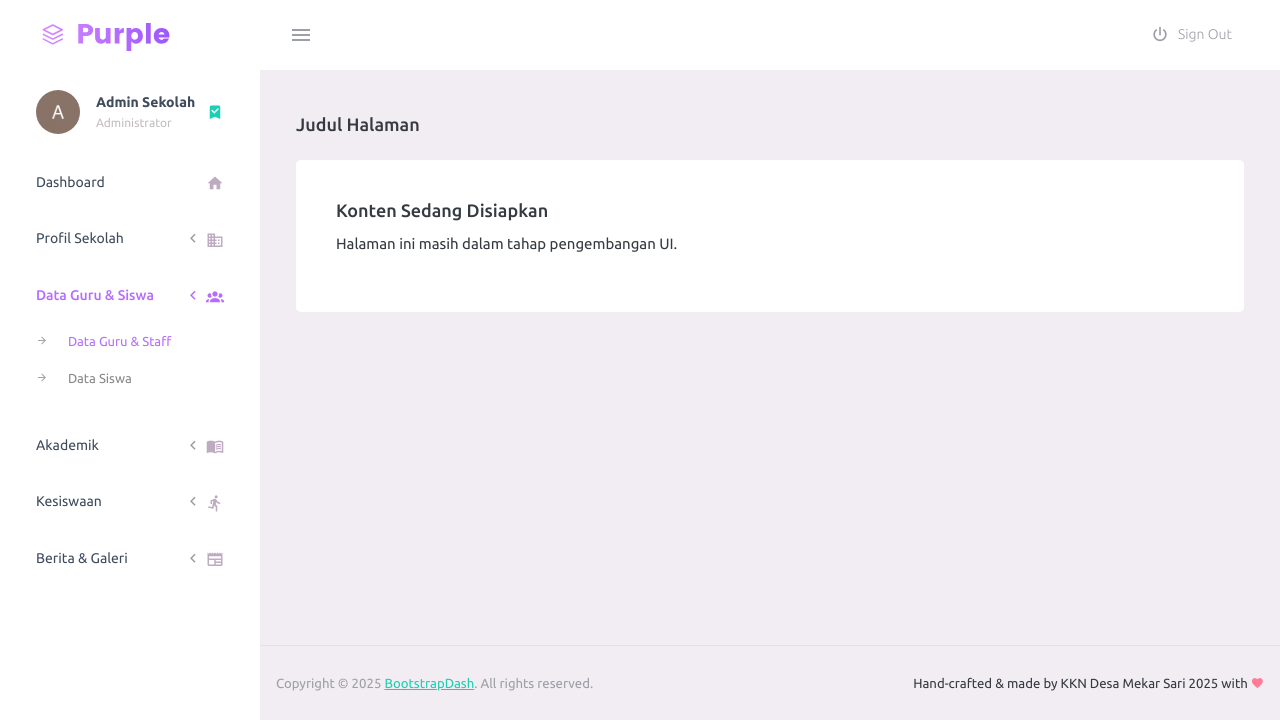
Repository: MKennyChaniago/sekolah-mi-nurul-iman
Page: http://localhost/admin/guru
The author's editor kept a copy of each file at every save. The page is drawn from the files as they stood at one save, then again after the next save.
The browser window is 1280 px wide. The pictures show the whole page.
The page is served by the project's Laravel application, run on PHP 8.4 with Laravel 12. Other server files are loaded and not shown.

Above is the page before, as saved 2025-11-25 10:12:32.
Console error: TypeError: Cannot read properties of null (reading 'classList')

### routes/web.php
<?php

use Illuminate\Support\Facades\Route;
use App\Http\Controllers\HomeController;
// Anda mungkin akan membuat Controller baru, contohnya:
// use App\Http\Controllers\ProfileController;

// --- A. ROUTE FRONTEND (MI NURUL IMAN) ---

// 1. HOME
Route::get('/', [HomeController::class, 'index'])->name('home');

// 2. PROFIL (Menggunakan grup untuk submenu)
Route::prefix('profil')->group(function () {
    Route::get('/sejarah', function () { return view('profil.sejarah'); })->name('profil.sejarah');
    Route::get('/visi-misi', function () { return view('profil.visi_misi'); })->name('profil.visi_misi');
    Route::get('/struktur-organisasi', function () { return view('profil.struktur'); })->name('profil.struktur');
});

// 3. KESISWAAN
Route::get('/kesiswaan', function () { return view('kesiswaan.index'); })->name('kesiswaan');

// 4. BERITA & ARTIKEL
// Listing Berita Utama
Route::get('/berita', function () { return view('berita.listing'); })->name('berita.listing');
// Detail Berita dengan parameter dinamis (slug)
Route::get('/berita/{slug}', function ($slug) { return view('berita.detail', compact('slug')); })->name('berita.detail');

// 5. AKADEMIK
Route::prefix('akademik')->group(function () {
    Route::get('/kurikulum', function () { return view('akademik.kurikulum'); })->name('akademik.kurikulum');
    Route::get('/guru-staff', function () { return view('akademik.guru_staff'); })->name('akademik.guru_staff');
    Route::get('/produk-hukum', function () { return view('akademik.produk_hukum'); })->name('akademik.produk_hukum');
});

// 6. Galeri
Route::get('/galeri', function () { return view('galeri.index'); })->name('galeri');

// 7. KONTAK MANDIRI (Formulir Kontak)
Route::get('/kontak', function () { return view('kontak'); })->name('kontak');


// --- B. ROUTE BACKEND (ADMIN) ---

// 1. Route Login
Route::get('/admin/login', function () {
    return view('admin.login');
})->name('admin.login');

// 2. Route Register
Route::get('/admin/register', function () {
    return view('admin.register');
})->name('admin.register');

// 3. Route Dashboard (INI TUJUANNYA)
Route::get('/admin/dashboard', function () {
    return view('admin.dashboard');
})->name('admin.dashboard');

// ... (Route Login, Register, Dashboard sebelumnya) ...

// --- GROUP: PROFIL SEKOLAH ---
Route::get('/admin/sejarah', function () {
    return view('admin.profil.sejarah'); // Perlu buat file
})->name('admin.sejarah');

Route::get('/admin/visi-misi', function () {
    return view('admin.profil.visimisi'); // Perlu buat file
})->name('admin.visimisi');

Route::get('/admin/struktur', function () {
    return view('admin.profil.struktur'); // Perlu buat file
})->name('admin.struktur');


// --- GROUP: DATA MASTER ---
Route::get('/admin/guru', function () {
    return view('admin.guru.index');
})->name('admin.guru.index');

Route::get('/admin/siswa', function () {
    return view('admin.siswa.index');
})->name('admin.siswa.index');


// --- GROUP: AKADEMIK ---
Route::get('/admin/kurikulum', function () {
    return view('admin.akademik.kurikulum'); // Perlu buat file
})->name('admin.kurikulum.index');

Route::get('/admin/produk-hukum', function () {
    return view('admin.akademik.produkhukum'); // Perlu buat file
})->name('admin.produk_hukum.index');


// --- GROUP: KESISWAAN ---
Route::get('/admin/ekstrakurikuler', function () {
    return view('admin.kesiswaan.ekskul'); // Perlu buat file
})->name('admin.ekstrakurikuler.index');

Route::get('/admin/program-unggulan', function () {
    return view('admin.kesiswaan.program'); // Perlu buat file
})->name('admin.prestasi.index');


// --- GROUP: PUBLIKASI ---
Route::get('/admin/berita', function () {
    return view('admin.berita.index');
})->name('admin.berita.index');

Route::get('/admin/galeri', function () {
    return view('admin.galeri.index');
})->name('admin.galeri.index');

### resources/views/admin/guru/index.blade.php
@extends('layouts.admin')

@section('content')
<div class="page-header">
    <h3 class="page-title"> Judul Halaman </h3>
</div>
<div class="row">
    <div class="col-12 grid-margin stretch-card">
        <div class="card">
            <div class="card-body">
                <h4 class="card-title">Konten Sedang Disiapkan</h4>
                <p>Halaman ini masih dalam tahap pengembangan UI.</p>
            </div>
        </div>
    </div>
</div>
@endsection

### resources/views/layouts/admin.blade.php
<!DOCTYPE html>
<html lang="id">
  <head>
    <meta charset="utf-8">
    <meta name="viewport" content="width=device-width, initial-scale=1, shrink-to-fit=no">
    <title>Admin - MI Nurul Iman</title>

    <link rel="stylesheet" href="{{ asset('admin/vendors/mdi/css/materialdesignicons.min.css') }}">
    <link rel="stylesheet" href="{{ asset('admin/vendors/ti-icons/css/themify-icons.css') }}">
    <link rel="stylesheet" href="{{ asset('admin/vendors/css/vendor.bundle.base.css') }}">
    <link rel="stylesheet" href="{{ asset('admin/css/style.css') }}">
    <link rel="shortcut icon" href="{{ asset('admin/images/favicon.png') }}" />
  </head>
  <body>

    <div class="container-scroller">

      @include('admin.partials.navbar')

      <div class="container-fluid page-body-wrapper">

        @include('admin.partials.sidebar')

        <div class="main-panel">
          <div class="content-wrapper">

            @yield('content')

          </div>

          @include('admin.partials.footer')

        </div>
      </div>
    </div>

    <script src="{{ asset('admin/vendors/js/vendor.bundle.base.js') }}"></script>
    <script src="{{ asset('admin/vendors/chart.js/chart.umd.js') }}"></script>
    <script src="{{ asset('admin/js/off-canvas.js') }}"></script>
    <script src="{{ asset('admin/js/misc.js') }}"></script>
    <script src="{{ asset('admin/js/settings.js') }}"></script>
    <script src="{{ asset('admin/js/todolist.js') }}"></script>
    <script src="{{ asset('admin/js/jquery.cookie.js') }}"></script>
    <script src="{{ asset('admin/js/dashboard.js') }}"></script>
  </body>
</html>

### resources/views/admin/partials/navbar.blade.php
<style>
  /* Animasi untuk tombol Logout */
  .logout-link {
    transition: all 0.3s ease-in-out; /* Gerakan halus */
    display: flex;
    align-items: center;
  }

  /* Efek saat Mouse diarahkan (Hover) */
  .logout-link:hover {
    transform: scale(1.1); /* Membesar sedikit (10%) */
    color: #dc3545 !important; /* Berubah warna jadi Merah */
  }

  .logout-link:hover i {
    color: #dc3545 !important; /* Icon juga jadi merah */
  }
</style>

<nav class="navbar default-layout-navbar col-lg-12 col-12 p-0 fixed-top d-flex flex-row">
  <div class="text-center navbar-brand-wrapper d-flex align-items-center justify-content-start">
    <a class="navbar-brand brand-logo" href="{{ route('admin.dashboard') }}"><img src="{{ asset('admin/images/logo.svg') }}" alt="logo" /></a>
    <a class="navbar-brand brand-logo-mini" href="{{ route('admin.dashboard') }}"><img src="{{ asset('admin/images/logo-mini.svg') }}" alt="logo" /></a>
  </div>

  <div class="navbar-menu-wrapper d-flex align-items-stretch">
    <button class="navbar-toggler navbar-toggler align-self-center" type="button" data-toggle="minimize">
      <span class="mdi mdi-menu"></span>
    </button>

    <ul class="navbar-nav navbar-nav-right">

      <li class="nav-item nav-logout">
        <a class="nav-link logout-link" href="{{ route('admin.login') }}" title="Keluar Aplikasi">
          <i class="mdi mdi-power"></i>

          <span class="d-none d-lg-inline ms-2">Sign Out</span>
        </a>
      </li>

    </ul>

    <button class="navbar-toggler navbar-toggler-right d-lg-none align-self-center" type="button" data-toggle="offcanvas">
      <span class="mdi mdi-menu"></span>
    </button>
  </div>
</nav>

### resources/views/admin/partials/sidebar.blade.php
<nav class="sidebar sidebar-offcanvas" id="sidebar">
  <ul class="nav">

    <li class="nav-item nav-profile">
      <a href="#" class="nav-link">
        <div class="nav-profile-image">
          <img src="{{ asset('admin/images/faces/face1.jpg') }}" alt="profile" />
          <span class="login-status online"></span>
        </div>
        <div class="nav-profile-text d-flex flex-column">
          <span class="font-weight-bold mb-2">Admin Sekolah</span>
          <span class="text-secondary text-small">Administrator</span>
        </div>
        <i class="mdi mdi-bookmark-check text-success nav-profile-badge"></i>
      </a>
    </li>

    <li class="nav-item">
      <a class="nav-link" href="{{ route('admin.dashboard') }}">
        <span class="menu-title">Dashboard</span>
        <i class="mdi mdi-home menu-icon"></i>
      </a>
    </li>

    <li class="nav-item">
      <a class="nav-link" data-bs-toggle="collapse" href="#profil-sekolah" aria-expanded="false" aria-controls="profil-sekolah">
        <span class="menu-title">Profil Sekolah</span>
        <i class="menu-arrow"></i>
        <i class="mdi mdi-domain menu-icon"></i>
      </a>
      <div class="collapse" id="profil-sekolah">
        <ul class="nav flex-column sub-menu">
          <li class="nav-item"> <a class="nav-link" href="{{ route('admin.sejarah') }}">Sejarah Madrasah</a></li>
          <li class="nav-item"> <a class="nav-link" href="{{ route('admin.visimisi') }}">Visi & Misi</a></li>
          <li class="nav-item"> <a class="nav-link" href="{{ route('admin.struktur') }}">Struktur Organisasi</a></li>
        </ul>
      </div>
    </li>

    <li class="nav-item">
      <a class="nav-link" data-bs-toggle="collapse" href="#data-master" aria-expanded="false" aria-controls="data-master">
        <span class="menu-title">Data Guru & Siswa</span>
        <i class="menu-arrow"></i>
        <i class="mdi mdi-account-group menu-icon"></i>
      </a>
      <div class="collapse" id="data-master">
        <ul class="nav flex-column sub-menu">
          <li class="nav-item"> <a class="nav-link" href="{{ route('admin.guru.index') }}">Data Guru & Staff</a></li>
          <li class="nav-item"> <a class="nav-link" href="{{ route('admin.siswa.index') }}">Data Siswa</a></li>
        </ul>
      </div>
    </li>

    <li class="nav-item">
      <a class="nav-link" data-bs-toggle="collapse" href="#akademik" aria-expanded="false" aria-controls="akademik">
        <span class="menu-title">Akademik</span>
        <i class="menu-arrow"></i>
        <i class="mdi mdi-book-open-variant menu-icon"></i>
      </a>
      <div class="collapse" id="akademik">
        <ul class="nav flex-column sub-menu">
          <li class="nav-item"> <a class="nav-link" href="{{ route('admin.kurikulum.index') }}">Kurikulum</a></li>
          <li class="nav-item"> <a class="nav-link" href="{{ route('admin.produk_hukum.index') }}">Produk Hukum (SK)</a></li>
        </ul>
      </div>
    </li>

    <li class="nav-item">
      <a class="nav-link" data-bs-toggle="collapse" href="#kesiswaan" aria-expanded="false" aria-controls="kesiswaan">
        <span class="menu-title">Kesiswaan</span>
        <i class="menu-arrow"></i>
        <i class="mdi mdi-run menu-icon"></i>
      </a>
      <div class="collapse" id="kesiswaan">
        <ul class="nav flex-column sub-menu">
          <li class="nav-item"> <a class="nav-link" href="{{ route('admin.ekstrakurikuler.index') }}">Ekstrakurikuler</a></li>
          <li class="nav-item"> <a class="nav-link" href="{{ route('admin.prestasi.index') }}">Program Unggulan</a></li>
        </ul>
      </div>
    </li>

    <li class="nav-item">
      <a class="nav-link" data-bs-toggle="collapse" href="#publikasi" aria-expanded="false" aria-controls="publikasi">
        <span class="menu-title">Berita & Galeri</span>
        <i class="menu-arrow"></i>
        <i class="mdi mdi-newspaper menu-icon"></i>
      </a>
      <div class="collapse" id="publikasi">
        <ul class="nav flex-column sub-menu">
          <li class="nav-item"> <a class="nav-link" href="{{ route('admin.berita.index') }}">Berita & Artikel</a></li>
          <li class="nav-item"> <a class="nav-link" href="{{ route('admin.galeri.index') }}">Galeri Foto</a></li>
        </ul>
      </div>
    </li>

  </ul>
</nav>

### resources/views/admin/partials/footer.blade.php
<footer class="footer">
  <div class="d-sm-flex justify-content-center justify-content-sm-between">
    <span class="text-muted text-center text-sm-left d-block d-sm-inline-block">Copyright © 2025 <a href="https://www.bootstrapdash.com/" target="_blank">BootstrapDash</a>. All rights reserved.</span>
    <span class="float-none float-sm-right d-block mt-1 mt-sm-0 text-center">Hand-crafted & made by KKN Desa Mekar Sari 2025 with <i class="mdi mdi-heart text-danger"></i></span>
  </div>
</footer>

### public/admin/js/settings.js
(function($) {
  'use strict';
  $(function() {
    $(".nav-settings").click(function() {
      $("#right-sidebar").toggleClass("open");
    });
    $(".settings-close").click(function() {
      $("#right-sidebar,#theme-settings,#layout-settings").removeClass("open");
    });

    $("#settings-trigger").on("click", function() {
      $("#theme-settings").toggleClass("open");
    });

    //check all boxes in order status
    $("#check-all").click(function () {
      $(".checkbox").prop('checked', $(this).prop('checked'));
    });

    //background constants
    var navbar_classes = "navbar-danger navbar-success navbar-warning navbar-dark navbar-light navbar-primary navbar-info navbar-pink";
    var sidebar_classes = "sidebar-light sidebar-dark";
    var $body = $("body");

    //sidebar backgrounds
    $("#sidebar-default-theme").on("click", function() {
      $body.removeClass(sidebar_classes);
      $(".sidebar-bg-options").removeClass("selected");
      $(this).addClass("selected");
    });
    $("#sidebar-dark-theme").on("click", function() {
      $body.removeClass(sidebar_classes);
      $body.addClass("sidebar-dark");
      $(".sidebar-bg-options").removeClass("selected");
      $(this).addClass("selected");
    });
    $("#sidebar-light-theme").on("click", function() {
      $body.removeClass(sidebar_classes);
      $body.addClass("sidebar-light");
      $(".sidebar-bg-options").removeClass("selected");
      $(this).addClass("selected");
    });


    //Navbar Backgrounds
    $(".tiles.primary").on("click", function() {
      $(".navbar").removeClass(navbar_classes);
      $(".navbar").addClass("navbar-primary");
      $(".tiles").removeClass("selected");
      $(this).addClass("selected");
    });
    $(".tiles.success").on("click", function() {
      $(".navbar").removeClass(navbar_classes);
      $(".navbar").addClass("navbar-success");
      $(".tiles").removeClass("selected");
      $(this).addClass("selected");
    });
    $(".tiles.warning").on("click", function() {
      $(".navbar").removeClass(navbar_classes);
      $(".navbar").addClass("navbar-warning");
      $(".tiles").removeClass("selected");
      $(this).addClass("selected");
    });
    $(".tiles.danger").on("click", function() {
      $(".navbar").removeClass(navbar_classes);
      $(".navbar").addClass("navbar-danger");
      $(".tiles").removeClass("selected");
      $(this).addClass("selected");
    });
    $(".tiles.info").on("click", function() {
      $(".navbar").removeClass(navbar_classes);
      $(".navbar").addClass("navbar-info");
      $(".tiles").removeClass("selected");
      $(this).addClass("selected");
    });
    $(".tiles.dark").on("click", function() {
      $(".navbar").removeClass(navbar_classes);
      $(".navbar").addClass("navbar-dark");
      $(".tiles").removeClass("selected");
      $(this).addClass("selected");
    });
    $(".tiles.default").on("click", function() {
      $(".navbar").removeClass(navbar_classes);
      $(".tiles").removeClass("selected");
      $(this).addClass("selected");
    });

    //Horizontal menu in mobile
    $('[data-toggle="horizontal-menu-toggle"]').on("click", function() {
      $(".horizontal-menu .bottom-navbar").toggleClass("header-toggled");
    });
    // Horizontal menu navigation in mobile menu on click
    var navItemClicked = $('.horizontal-menu .page-navigation >.nav-item');
    navItemClicked.on("click", function(event) {
      if(window.matchMedia('(max-width: 991px)').matches) {
        if(!($(this).hasClass('show-submenu'))) {
          navItemClicked.removeClass('show-submenu');
        }
        $(this).toggleClass('show-submenu');
      }
    });

    $(window).scroll(function() {
      if(window.matchMedia('(min-width: 992px)').matches) {
        var header = $('.horizontal-menu');
        if ($(window).scrollTop() >= 71) {
          $(header).addClass('fixed-on-scroll');
        } else {
          $(header).removeClass('fixed-on-scroll');
        }
      }
    });

    $("#layout-toggler").on("click", function () {
      $("#layout-settings").addClass("open");
    });
    $("#chat-toggler").on("click", function () {
      $("#right-sidebar").addClass("open");
    });

  });
})(jQuery);

### public/admin/js/todolist.js
(function($) {
  'use strict';
  $(function() {
    var todoListItem = $('.todo-list');
    var todoListInput = $('.todo-list-input');
    $('.todo-list-add-btn').on("click", function(event) {
      event.preventDefault();

      var item = $(this).prevAll('.todo-list-input').val();

      if (item) {
        todoListItem.append("<li><div class='form-check'><label class='form-check-label'><input class='checkbox' type='checkbox'/>" + item + "<i class='input-helper'></i></label></div><i class='remove mdi mdi-close-circle-outline'></i></li>");
        todoListInput.val("");
      }

    });

    todoListItem.on('change', '.checkbox', function() {
      if ($(this).attr('checked')) {
        $(this).removeAttr('checked');
      } else {
        $(this).attr('checked', 'checked');
      }

      $(this).closest("li").toggleClass('completed');

    });

    todoListItem.on('click', '.remove', function() {
      $(this).parent().remove();
    });

  });
})(jQuery);

Loaded but not shown: public/admin/vendors/mdi/css/materialdesignicons.min.css (library); public/admin/vendors/ti-icons/css/themify-icons.css (library); public/admin/vendors/css/vendor.bundle.base.css (common file); public/admin/css/style.css (library); public/admin/vendors/js/vendor.bundle.base.js (library); public/admin/vendors/chart.js/chart.umd.js (library); public/admin/js/off-canvas.js (common file); public/admin/js/jquery.cookie.js (library); public/admin/images/logo.svg (90 lines, source omitted); public/admin/images/logo-mini.svg (41 lines, source omitted); public/admin/js/dashboard.js (250 lines, source omitted); public/admin/js/misc.js (122 lines, source omitted)

After the next save:
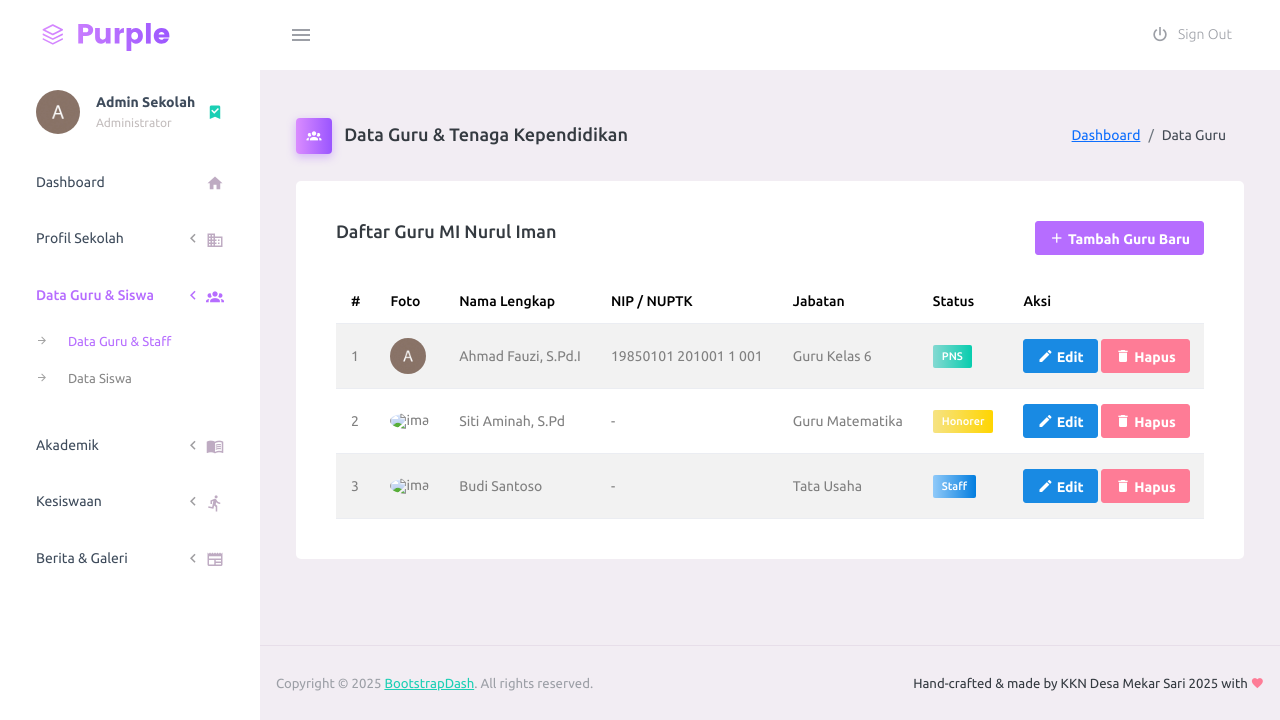
Saved 14 s later.
--- a/resources/views/admin/guru/index.blade.php
+++ b/resources/views/admin/guru/index.blade.php
@@ -1,17 +1,108 @@
 @extends('layouts.admin')
 
+@section('title', 'Data Guru & Staff')
+
 @section('content')
-<div class="page-header">
-    <h3 class="page-title"> Judul Halaman </h3>
-</div>
-<div class="row">
-    <div class="col-12 grid-margin stretch-card">
-        <div class="card">
-            <div class="card-body">
-                <h4 class="card-title">Konten Sedang Disiapkan</h4>
-                <p>Halaman ini masih dalam tahap pengembangan UI.</p>
+    <div class="page-header">
+        <h3 class="page-title">
+            <span class="page-title-icon bg-gradient-primary text-white me-2">
+                <i class="mdi mdi-account-group"></i>
+            </span> Data Guru & Tenaga Kependidikan
+        </h3>
+        <nav aria-label="breadcrumb">
+            <ul class="breadcrumb">
+                <li class="breadcrumb-item"><a href="{{ route('admin.dashboard') }}">Dashboard</a></li>
+                <li class="breadcrumb-item active" aria-current="page">Data Guru</li>
+            </ul>
+        </nav>
+    </div>
+
+    <div class="row">
+        <div class="col-lg-12 grid-margin stretch-card">
+            <div class="card">
+                <div class="card-body">
+                    <div class="d-flex justify-content-between align-items-center mb-4">
+                        <h4 class="card-title">Daftar Guru MI Nurul Iman</h4>
+                        <a href="#" class="btn btn-primary btn-sm">
+                            <i class="mdi mdi-plus"></i> Tambah Guru Baru
+                        </a>
+                    </div>
+
+                    <div class="table-responsive">
+                        <table class="table table-hover table-striped">
+                            <thead>
+                                <tr>
+                                    <th>#</th>
+                                    <th>Foto</th>
+                                    <th>Nama Lengkap</th>
+                                    <th>NIP / NUPTK</th>
+                                    <th>Jabatan</th>
+                                    <th>Status</th>
+                                    <th>Aksi</th>
+                                </tr>
+                            </thead>
+                            <tbody>
+                                <tr>
+                                    <td>1</td>
+                                    <td class="py-1">
+                                        <img src="{{ asset('admin/images/faces/face1.jpg') }}" alt="image" />
+                                    </td>
+                                    <td>Ahmad Fauzi, S.Pd.I</td>
+                                    <td>19850101 201001 1 001</td>
+                                    <td>Guru Kelas 6</td>
+                                    <td><label class="badge badge-gradient-success">PNS</label></td>
+                                    <td>
+                                        <button class="btn btn-info btn-sm btn-icon-text">
+                                            <i class="mdi mdi-pencil"></i> Edit
+                                        </button>
+                                        <button class="btn btn-danger btn-sm btn-icon-text">
+                                            <i class="mdi mdi-delete"></i> Hapus
+                                        </button>
+                                    </td>
+                                </tr>
+
+                                <tr>
+                                    <td>2</td>
+                                    <td class="py-1">
+                                        <img src="{{ asset('admin/images/faces/face2.jpg') }}" alt="image" />
+                                    </td>
+                                    <td>Siti Aminah, S.Pd</td>
+                                    <td>-</td>
+                                    <td>Guru Matematika</td>
+                                    <td><label class="badge badge-gradient-warning">Honorer</label></td>
+                                    <td>
+                                        <button class="btn btn-info btn-sm btn-icon-text">
+                                            <i class="mdi mdi-pencil"></i> Edit
+                                        </button>
+                                        <button class="btn btn-danger btn-sm btn-icon-text">
+                                            <i class="mdi mdi-delete"></i> Hapus
+                                        </button>
+                                    </td>
+                                </tr>
+
+                                <tr>
+                                    <td>3</td>
+                                    <td class="py-1">
+                                        <img src="{{ asset('admin/images/faces/face3.jpg') }}" alt="image" />
+                                    </td>
+                                    <td>Budi Santoso</td>
+                                    <td>-</td>
+                                    <td>Tata Usaha</td>
+                                    <td><label class="badge badge-gradient-info">Staff</label></td>
+                                    <td>
+                                        <button class="btn btn-info btn-sm btn-icon-text">
+                                            <i class="mdi mdi-pencil"></i> Edit
+                                        </button>
+                                        <button class="btn btn-danger btn-sm btn-icon-text">
+                                            <i class="mdi mdi-delete"></i> Hapus
+                                        </button>
+                                    </td>
+                                </tr>
+                            </tbody>
+                        </table>
+                    </div>
+                    </div>
             </div>
         </div>
     </div>
-</div>
 @endsection
